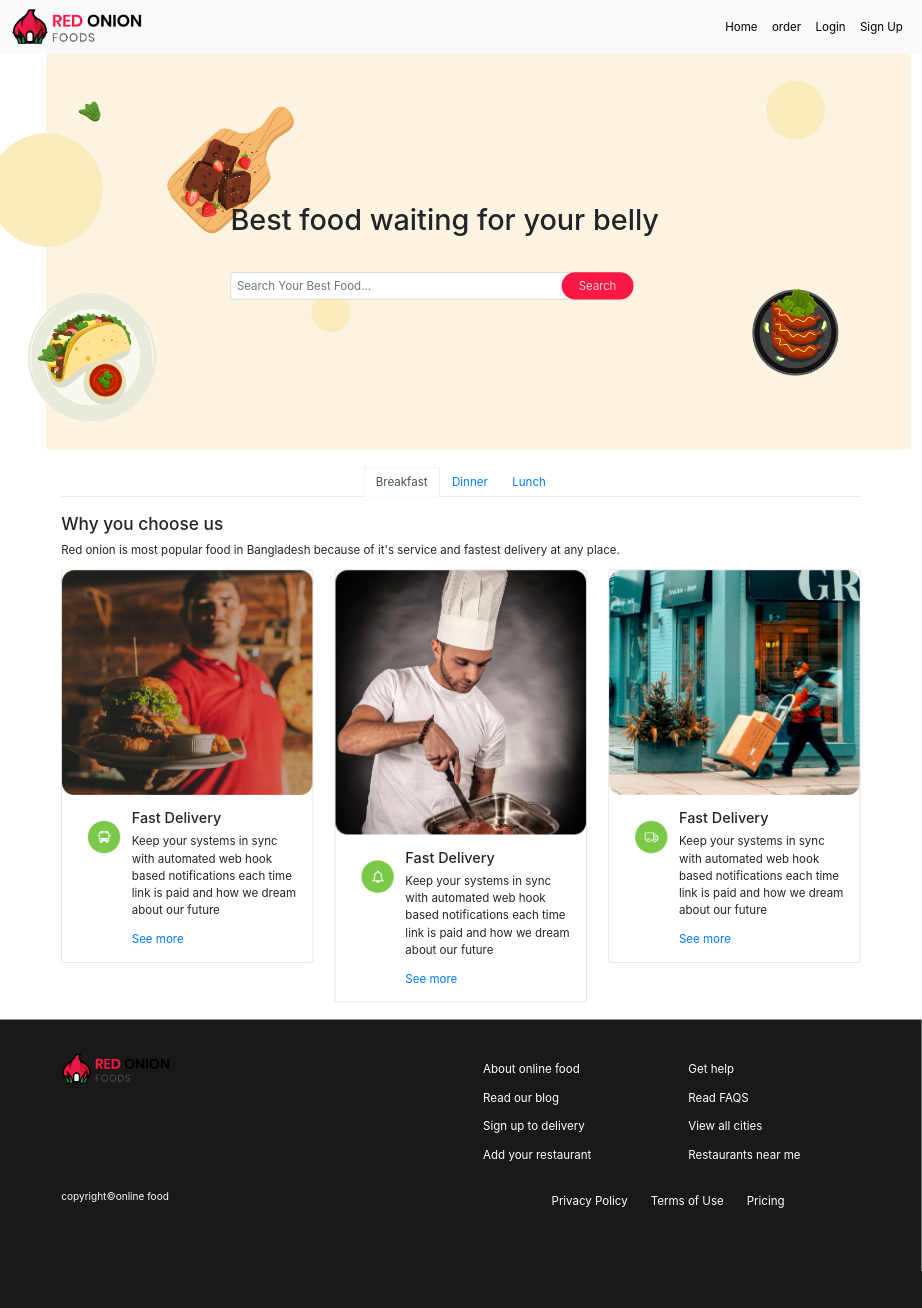
Repository: arif286/red-onion-client
Page: /
These files come from the project's save history. The page is drawn as it stood at one moment and after the next save; the edit follows.
The browser window is 1280 px wide. The pictures show the whole page, at 72% of full size.
The page's requests for data from a server got no answer. The project was rebuilt for these pictures with package versions that can differ from the ones it lists, and the page was loaded fresh each time. Some packages were replaced by stand-ins written for this rebuild. No one was signed in, and anything a server would have sent is missing. Also part of the build but not shown: src/App.css, src/components/CheckOut/CheckOut.css, src/components/CheckOut/CheckOutForm/CheckOutFrom.js, src/components/CheckOut/CheckOut.js, src/components/FoodDetails/FoodDetail.css, src/components/FoodDetails/FoodDetail.js, src/components/Food/FoodItem.js, src/components/LogIn/firebase.config.js and 7 more. Imported but missing from the stored project, and not drawn on this page: src/components/CheckOut/Map/Map.

Above is the page before, as saved 2021-04-07 02:00:57.

After the next save:
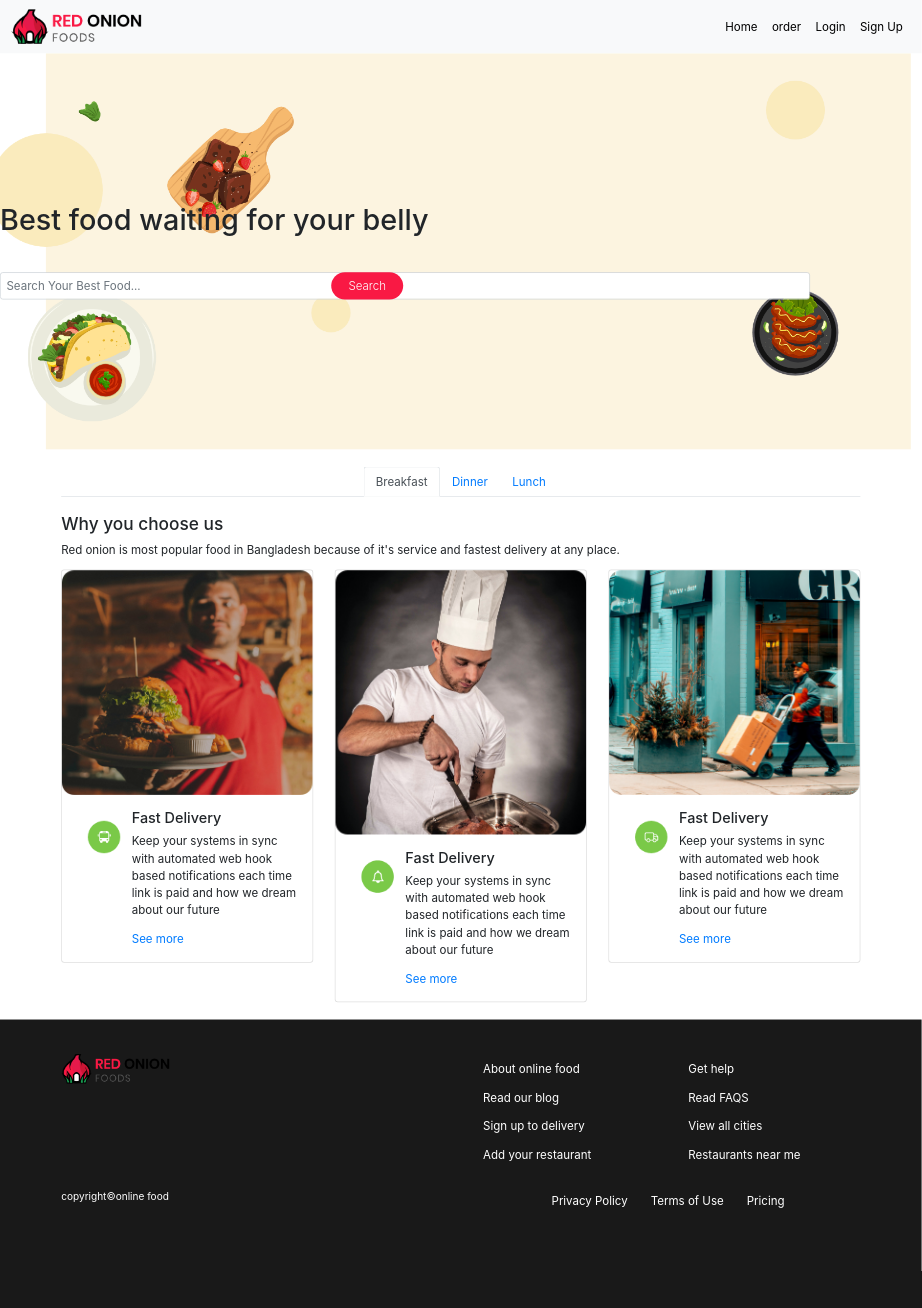
Saved 10 s later.
--- a/src/components/SearchBar/SearchBar.js
+++ b/src/components/SearchBar/SearchBar.js
@@ -25,7 +25,7 @@ const SearchBar = () => {
         className="d-flex justify-content-center align-items-center"
         style={searchBg.bgImage}
       >
-        <Col md={6}>
+        <Col md={12}>
           <h1>Best food waiting for your belly</h1>
           <div className="d-flex mt-5">
             <input

After the save that followed:
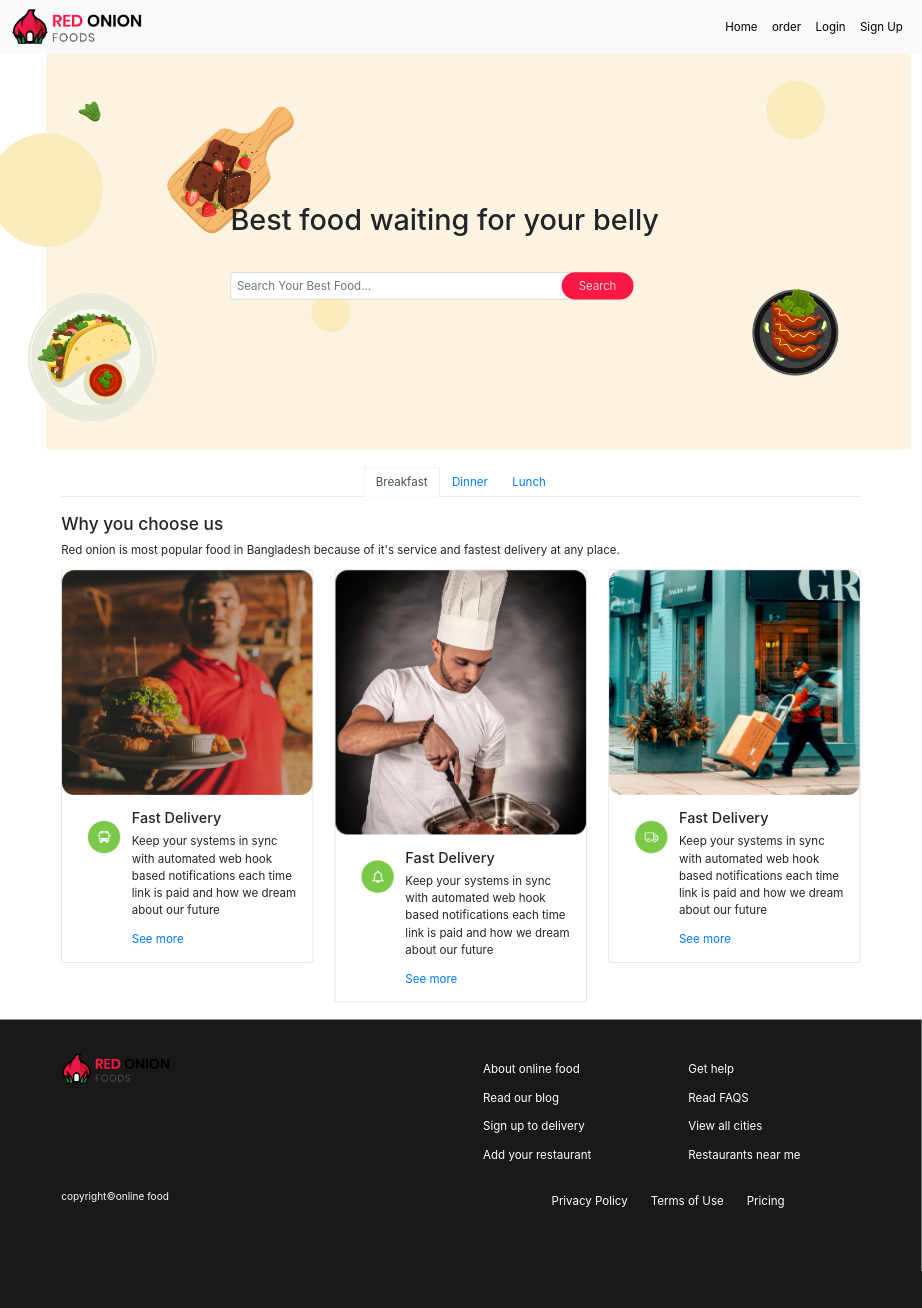
Saved 9 s later.
--- a/src/components/SearchBar/SearchBar.js
+++ b/src/components/SearchBar/SearchBar.js
@@ -25,7 +25,7 @@ const SearchBar = () => {
         className="d-flex justify-content-center align-items-center"
         style={searchBg.bgImage}
       >
-        <Col md={12}>
+        <Col md={6}>
           <h1>Best food waiting for your belly</h1>
           <div className="d-flex mt-5">
             <input
